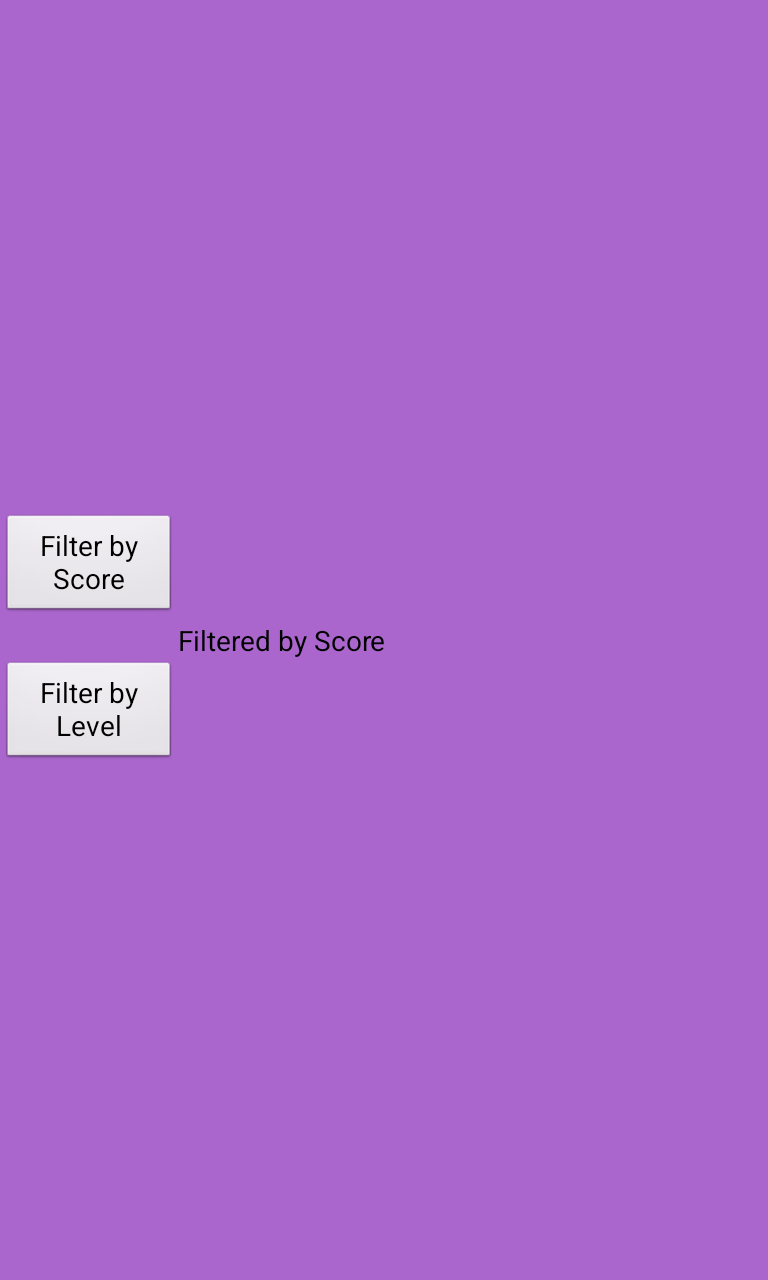
Repository: valleskeyp/IADHub
Layout: MGDGame-android/res/layout/main.xml
An editor plug-in stored every save of this project. The layout is shown before and after the next save, followed by the edit.
It is drawn on a 768 x 1280 px phone screen (xhdpi) without system bars, with theme android:Theme.NoTitleBar.Fullscreen; the app's code is not run. Lists and similar views that code fills are empty.

Above is the layout before, as saved 2013-07-29 23:13:02.

After the next save:
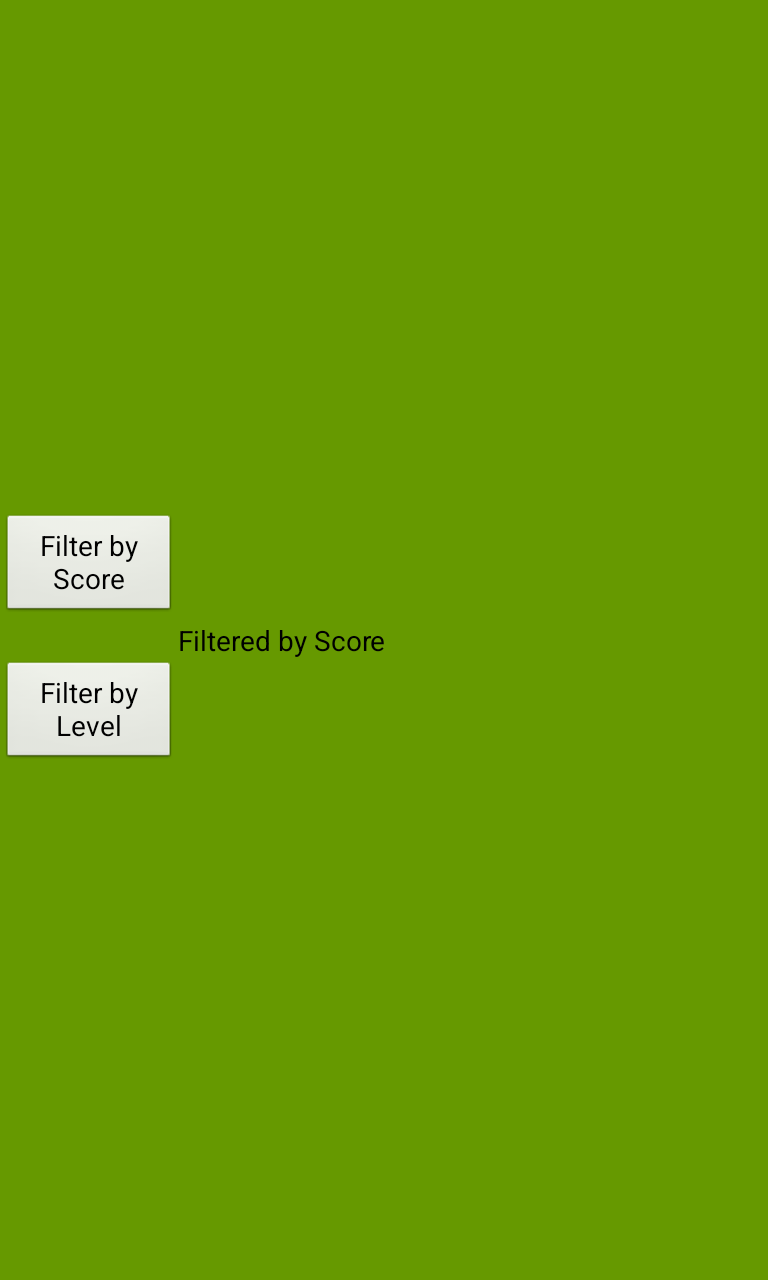
Saved 11 s later.
--- a/MGDGame-android/res/layout/main.xml
+++ b/MGDGame-android/res/layout/main.xml
@@ -3,7 +3,7 @@
     android:layout_width="fill_parent"
     android:layout_height="fill_parent"
     android:orientation="horizontal"
-    android:background="@android:color/holo_purple" >
+    android:background="@android:color/holo_green_dark" >
 
 	<LinearLayout
 	    android:layout_width="wrap_content"
